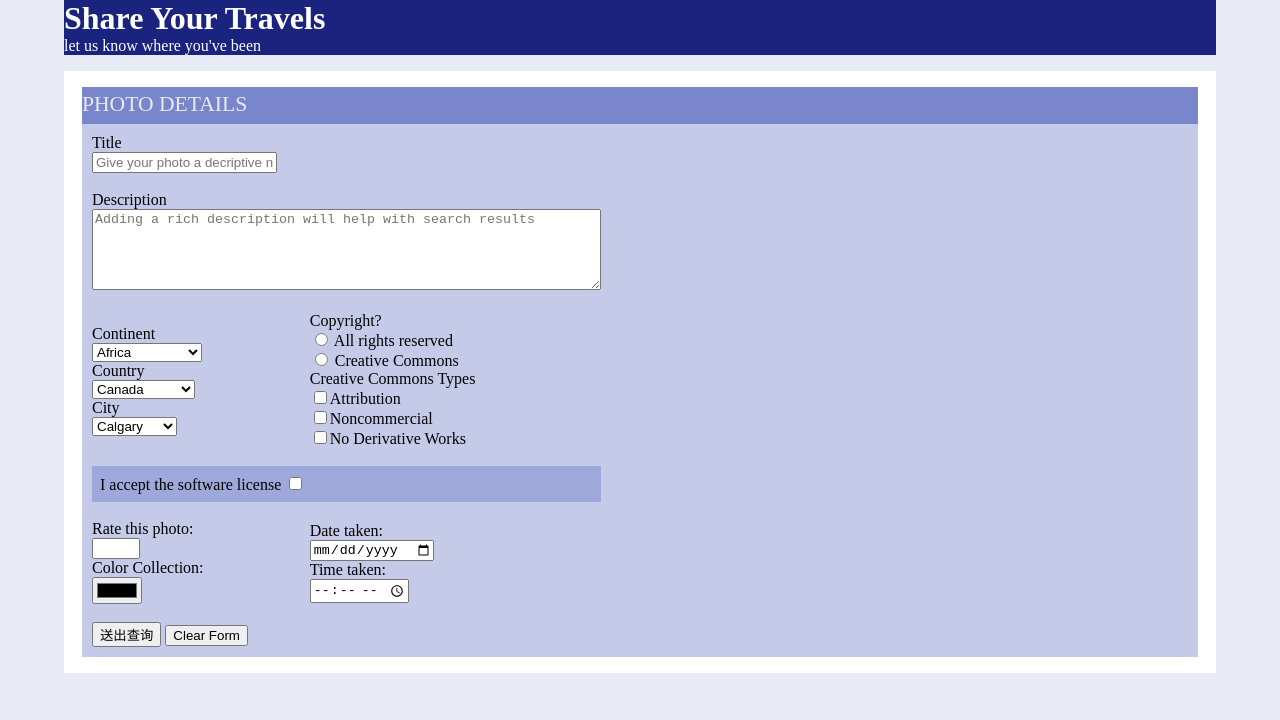
Repository: thomasTAT/UM
Page: cisc3003/CISC3003-EclipseWS-Practices-2023/CISC3003-Practice04-2023FEB17/public/cisc3003-practice04.html
The author's editor kept a copy of each file at every save. The page is drawn from the files as they stood at one save, then again after the next save.
The browser window is 1280 px wide. The pictures show the whole page.

Above is the page before, as saved 2023-02-24 01:39:28.

After the next save:
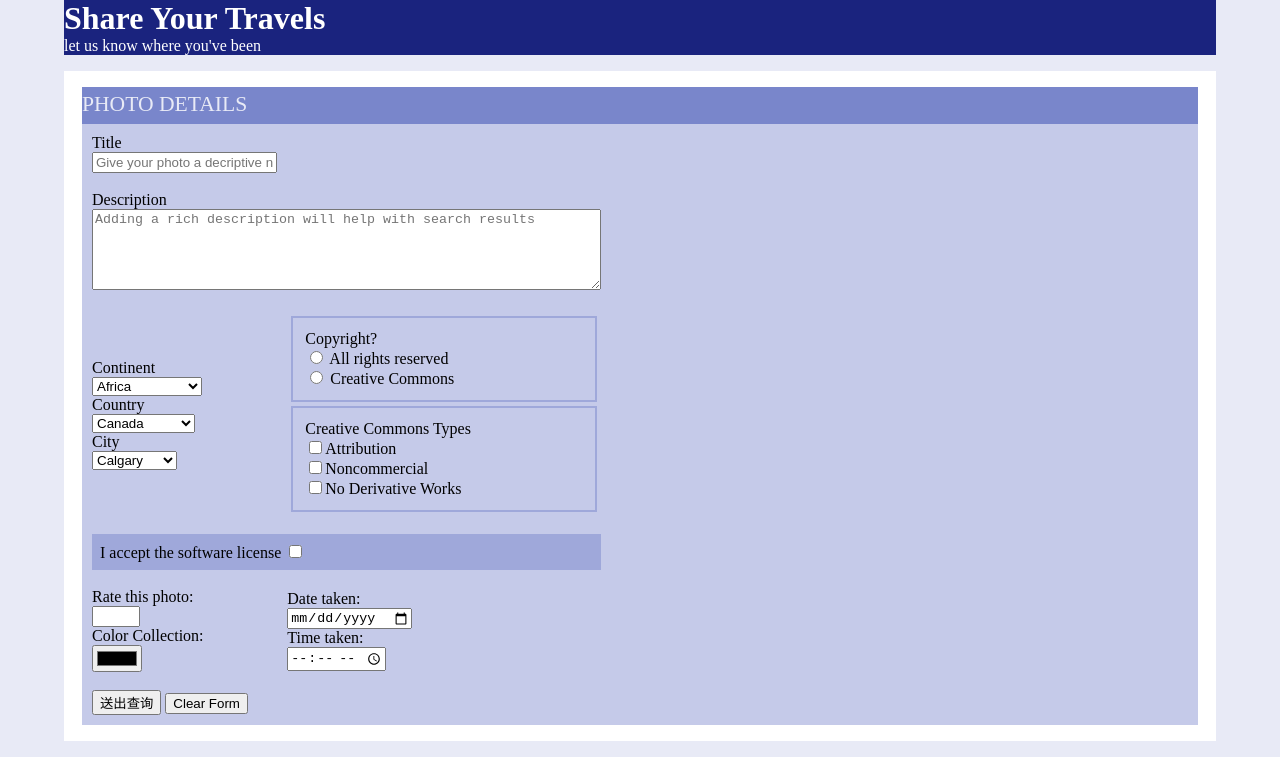
Saved 6 s later.
--- a/cisc3003/CISC3003-EclipseWS-Practices-2023/CISC3003-Practice04-2023FEB17/public/css/cisc3003-practice04.css
+++ b/cisc3003/CISC3003-EclipseWS-Practices-2023/CISC3003-Practice04-2023FEB17/public/css/cisc3003-practice04.css
@@ -41,7 +41,7 @@ legend {
 table td {
     padding: 0.5em;
   }
-  . {
+  .border {
     border: 2px solid #9fa8da;
     margin: 0.25em;
     padding: 0.75em;
